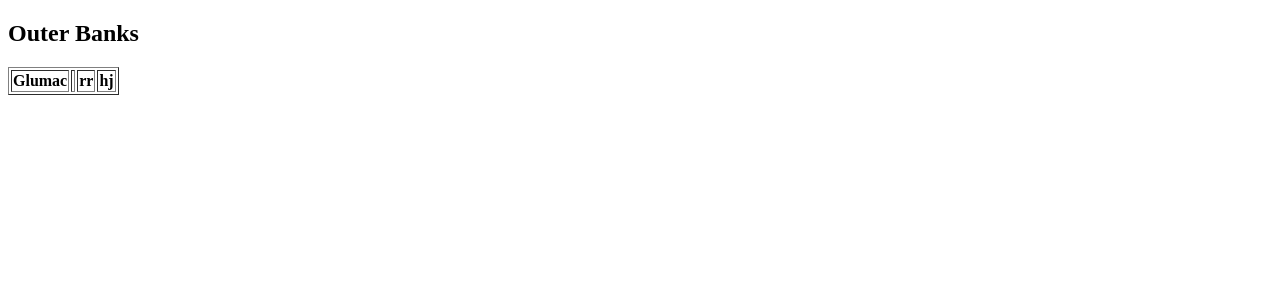
Repository: larabiondic/wp_biondic_lara
Page: Domace zadace/Zadaća.2.html
These files come from the project's save history. The page is drawn as it stood at one moment and after the next save; the edit follows.
The browser window is 1280 px wide. The pictures show the whole page.

Above is the page before, as saved 2025-11-03 19:55:18.

### Domace zadace/Zadaća.2.html
<!DOCTYPE html>
<html lang="en">
<head>
    <meta name="viewport" content="width=device-width, initial-scale=1.0">
    <meta name="description" content="Zadaća 2.">
    <meta name="keywords" content="HTML, CSS, JavaScript">
    <meta name="author" content="Lara Biondić">
    <title>Zadaća 2.</title>
</head>
<body>
    <h2>Outer Banks</h2>
    <table border="1">
        <tr>
            <th>Glumac</th>
            <th></th>
            <th>rr</th>
            <th>hj</th>
        </tr>

    </table>
</body>
</html>

After the next save:
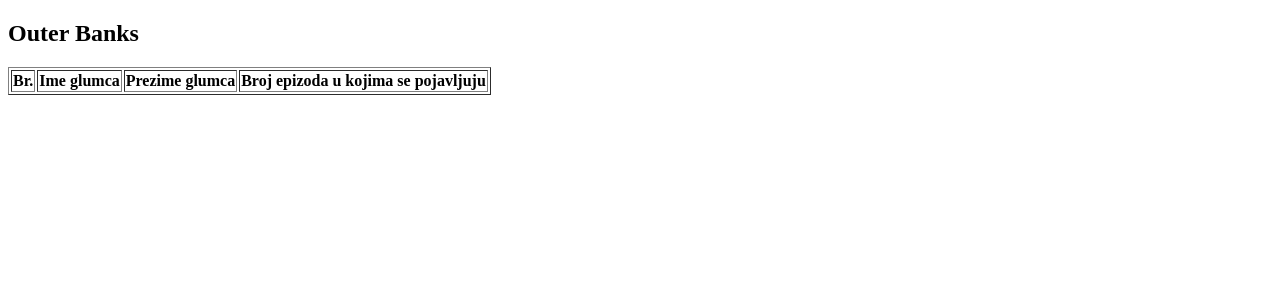
Saved 2 min 10 s later.
--- a/Domace zadace/Zadaća.2.html
+++ b/Domace zadace/Zadaća.2.html
@@ -11,10 +11,10 @@
     <h2>Outer Banks</h2>
     <table border="1">
         <tr>
-            <th>Glumac</th>
-            <th></th>
-            <th>rr</th>
-            <th>hj</th>
+            <th>Br.</th>
+            <th>Ime glumca</th>
+            <th>Prezime glumca</th>
+            <th>Broj epizoda u kojima se pojavljuju</th>
         </tr>
 
     </table>
